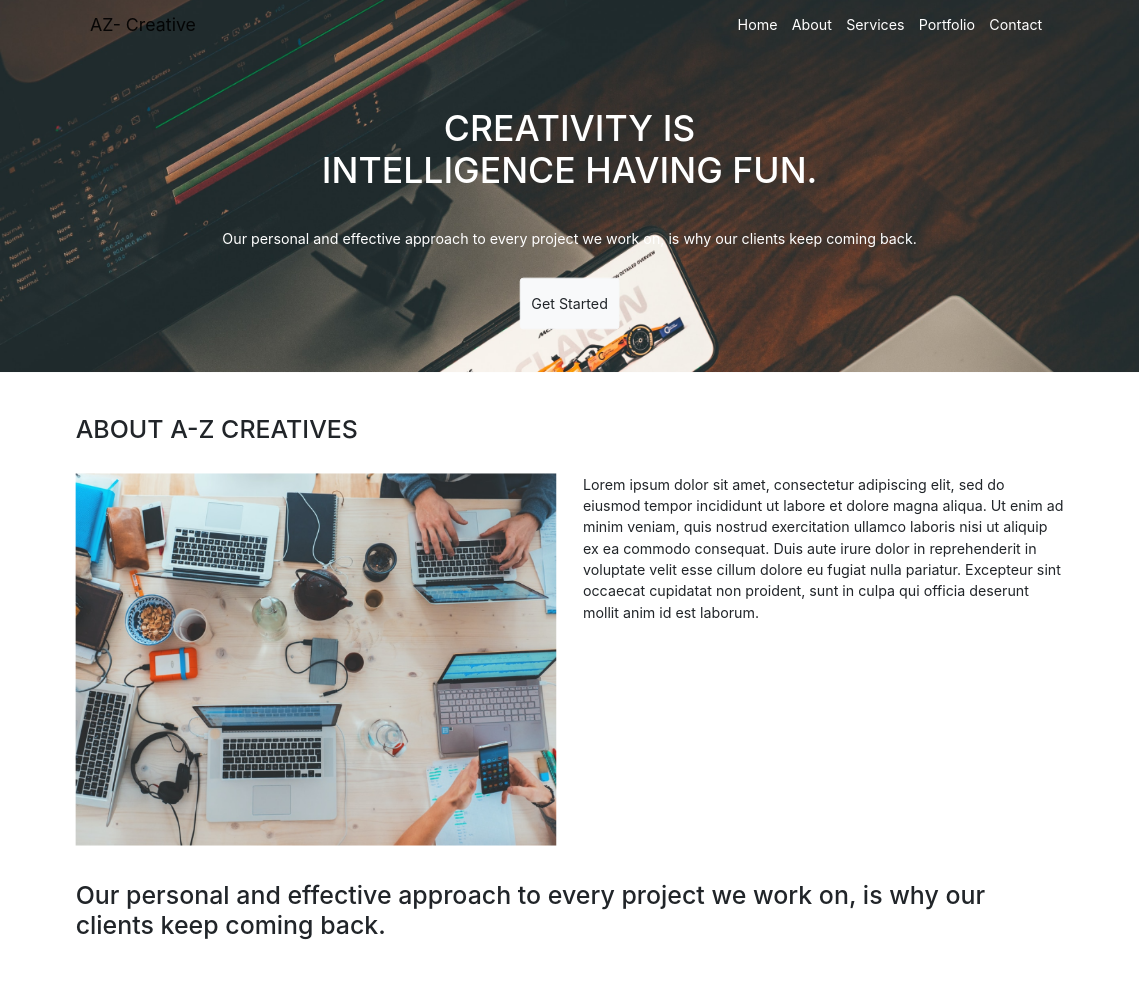
Repository: Syfon01/hng-port
Page: index.html
These files come from the project's save history. The page is drawn as it stood at one moment and after a run of saves; the edit follows.
The browser window is 1280 px wide. The pictures show the whole page, at 89% of full size.

Above is the page before, as saved 2020-06-27 20:44:35.

After the next 6 saves:
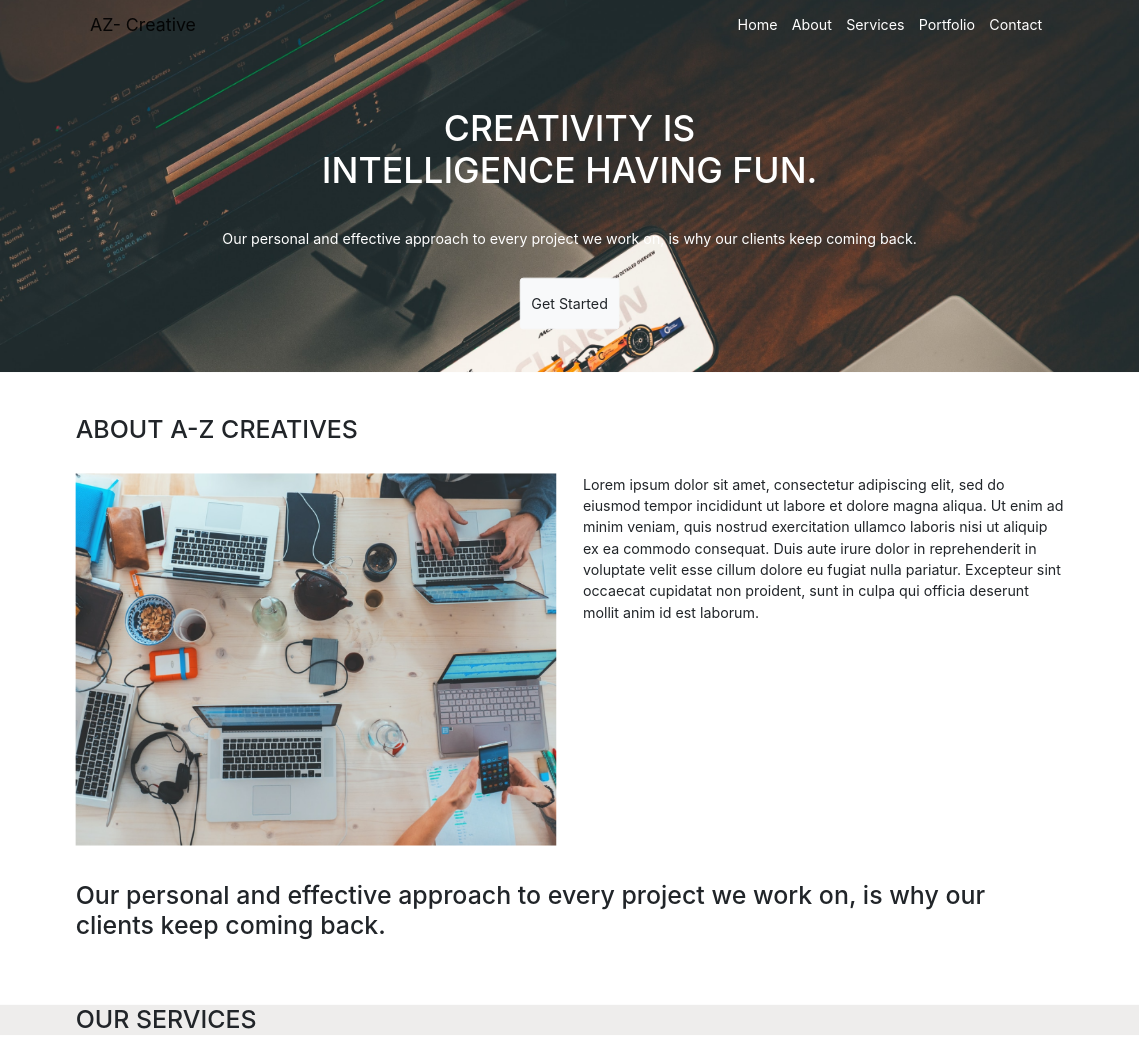
The 6 saves are shown as one change because they came seconds apart.
The last was saved 42 s later.
--- a/index.html
+++ b/index.html
@@ -79,6 +79,11 @@
       </div>
     </section>
     <section id="services">
+      <div class="container">
+        <h3>
+          OUR SERVICES
+        </h3>
+      </div>
 
     </section>
     <section id="portfolio">
